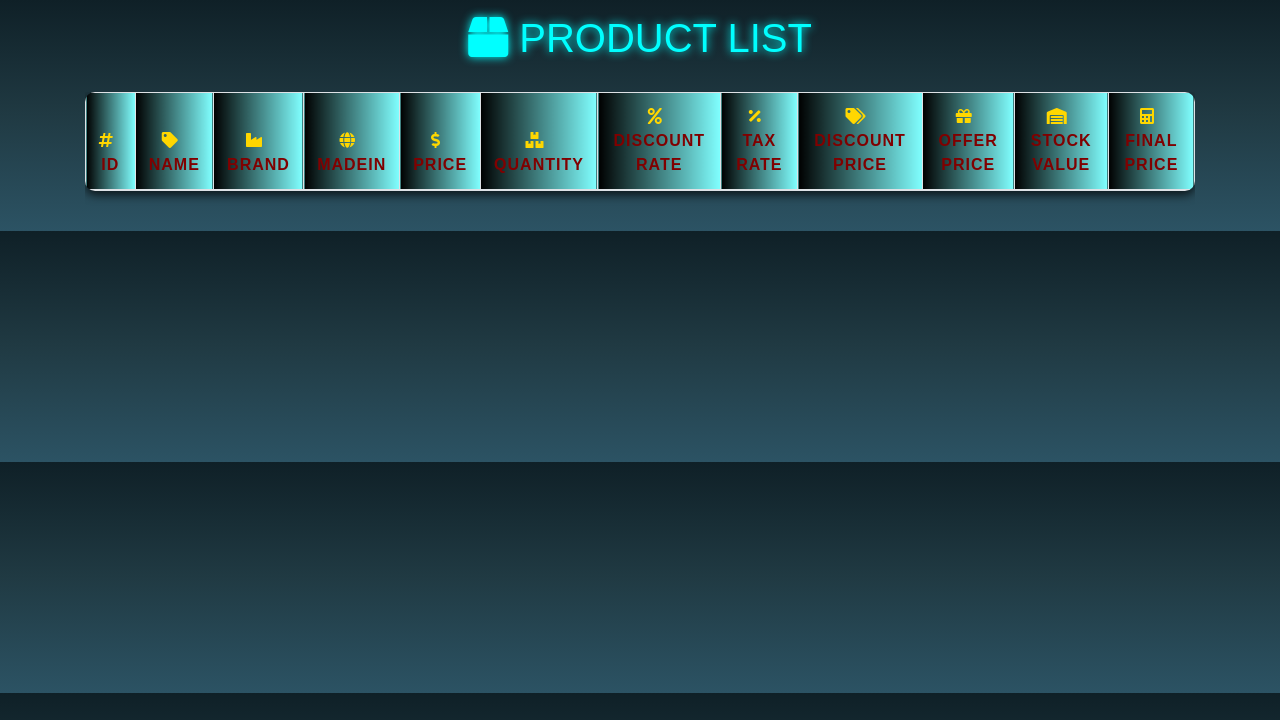
Repository: Ravi-kishor-09/Ravi-projects
Page: http://localhost/product-list
An editor plug-in stored every save of this project. The page is shown before and after the next save, followed by the edit.
The browser window is 1280 px wide. The pictures show the whole page.
The page is this project's Thymeleaf template; nobody is signed in. The template is opened directly, without the code that normally fills it, so the values that code supplies are empty.

Above is the page before, as saved 2024-12-20 19:29:50.

After the next save:
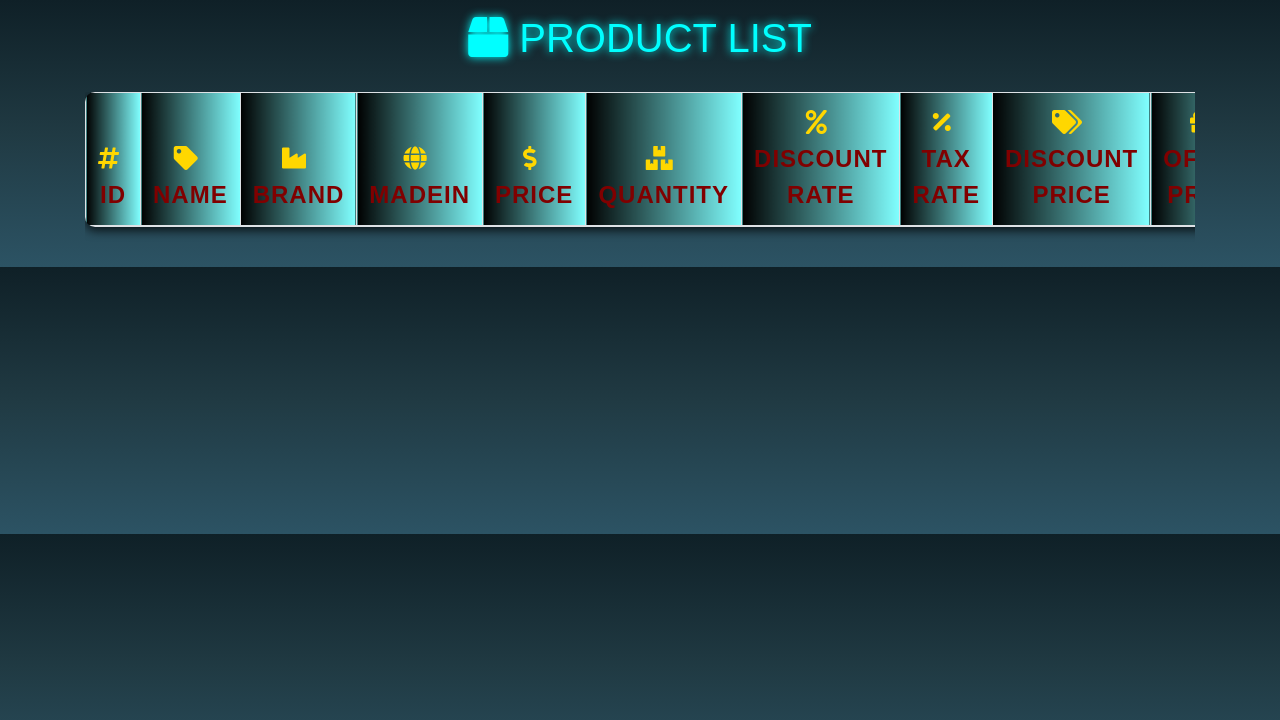
Saved 30 s later.
--- a/spring1/src/main/resources/templates/product-list.html
+++ b/spring1/src/main/resources/templates/product-list.html
@@ -37,6 +37,7 @@
             background: linear-gradient(90deg, rgb(0, 0, 0), rgb(128, 255, 255));
             color: rgb(128, 0, 0);
             font-weight:bolder;
+			font-size: x-large;
             text-transform: uppercase;
             letter-spacing: 1px;
         }
